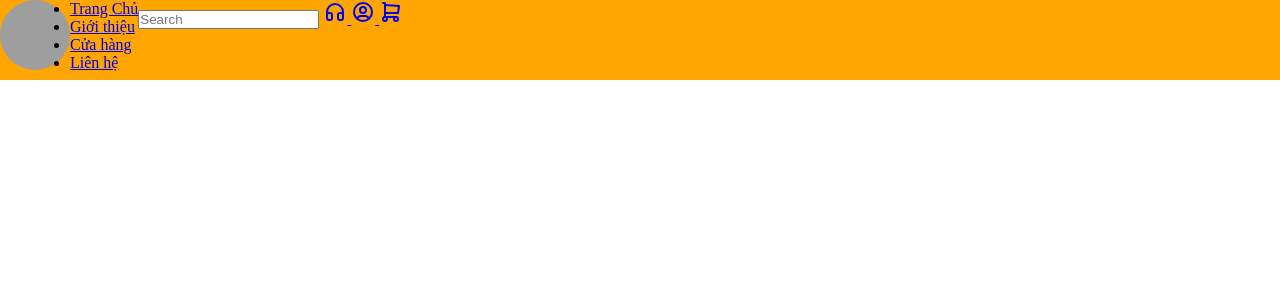
Repository: manhhieu120499/test-page
Page: index.html
These files come from the project's save history. The page is drawn as it stood at one moment and after the next save; the edit follows.
The browser window is 1280 px wide. The pictures show the whole page.
Pictures or frames that could not be fetched are drawn as grey boxes.

Above is the page before, as saved 2023-01-11 22:45:18.

After the next save:
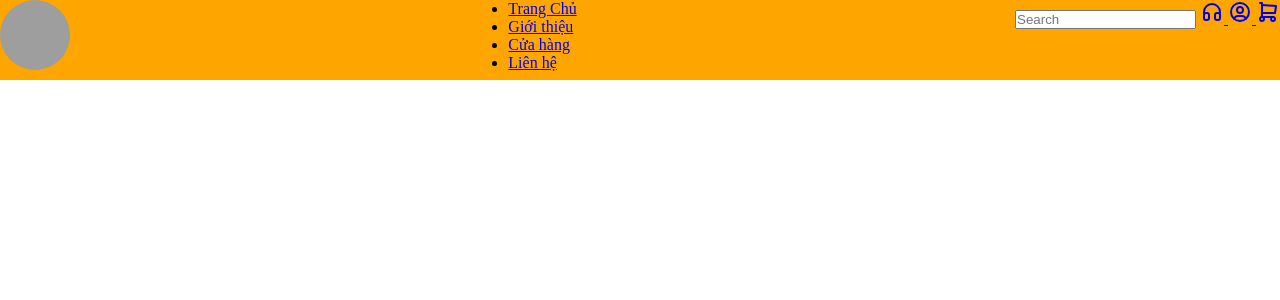
Saved 4 s later.
--- a/style.css
+++ b/style.css
@@ -9,7 +9,7 @@
     height: 80px;
     background-color: orange;
     display: flex;
-    justify-content: ;
+    justify-content: space-between;
 }
 img {
     width: 70px;
